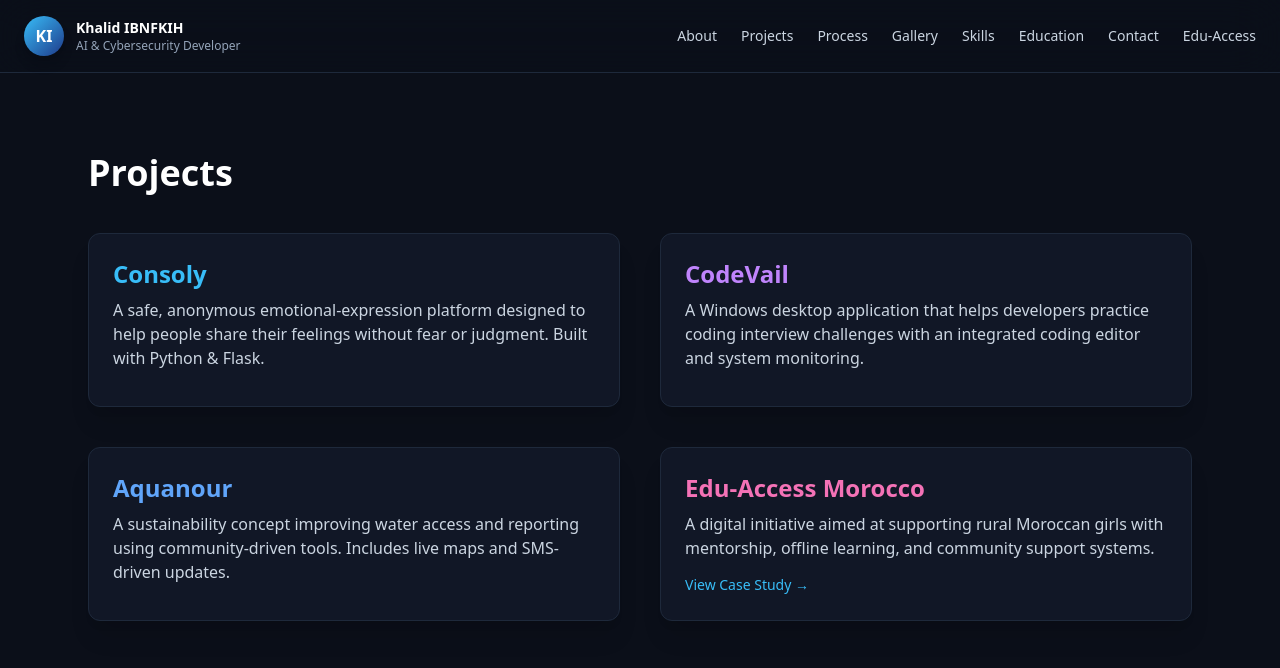
Repository: IBNKHALID06/KhalidAlxPortfolio
Page: /projects
The author's editor kept a copy of each file at every save. The page is drawn from the files as they stood at one save, then again after the next save.
The browser window is 1280 px wide. The pictures show the whole page.
The project was rebuilt for these pictures with package versions that can differ from the ones it lists, and the page was loaded fresh each time. Also part of the build but not shown: vite.config.js, src/pages/About.tsx, src/pages/Process.tsx, src/components/ImageBox.tsx, src/pages/Gallery.tsx, src/pages/Skills.tsx, src/pages/Education.tsx, src/pages/Contact.tsx and 1 more.

Above is the page before, as saved 2025-11-30 20:33:04.

After the next save:
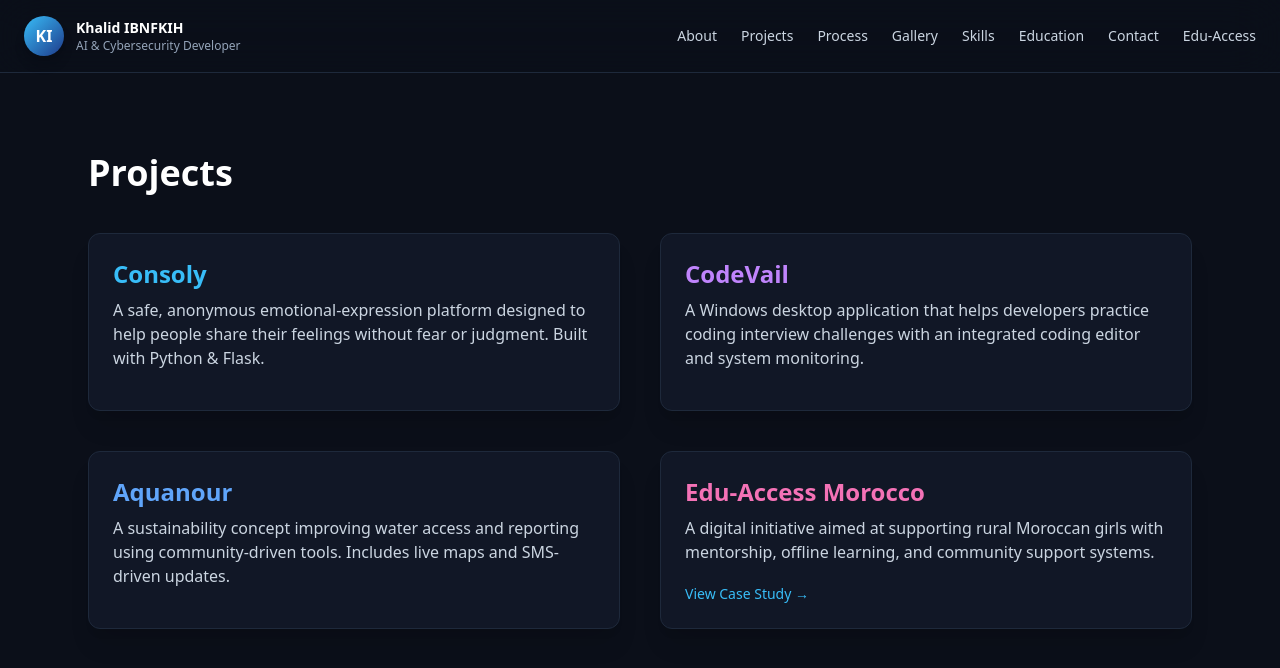
Saved 4 min 43 s later.
--- a/src/components/ProjectCard.tsx
+++ b/src/components/ProjectCard.tsx
@@ -5,14 +5,22 @@ type Props = {
   desc: string;
   color: string;
   link?: string;
+  image?: string;
 };
 
-export default function ProjectCard({ title, desc, color, link }: Props) {
+export default function ProjectCard({ title, desc, color, link, image }: Props) {
   return (
-    <div className="p-6 bg-[#111726] border border-slate-800 rounded-xl shadow-xl">
-      <h3 className={`text-2xl font-semibold ${color}`}>{title}</h3>
-      <p className="text-slate-300 mt-2 mb-3">{desc}</p>
-      {link && <Link to={link} className="text-sky-400 hover:underline text-sm">View Case Study →</Link>}
+    <div className="bg-[#111726] border border-slate-800 rounded-xl shadow-xl overflow-hidden flex flex-col h-full">
+      {image && (
+        <div className="h-48 overflow-hidden">
+          <img src={image} alt={title} className="w-full h-full object-cover transition-transform duration-500 hover:scale-105" />
+        </div>
+      )}
+      <div className="p-6 flex flex-col flex-grow">
+        <h3 className={`text-2xl font-semibold ${color}`}>{title}</h3>
+        <p className="text-slate-300 mt-2 mb-4 flex-grow">{desc}</p>
+        {link && <Link to={link} className="text-sky-400 hover:underline text-sm mt-auto inline-block">View Case Study →</Link>}
+      </div>
     </div>
   );
 }
